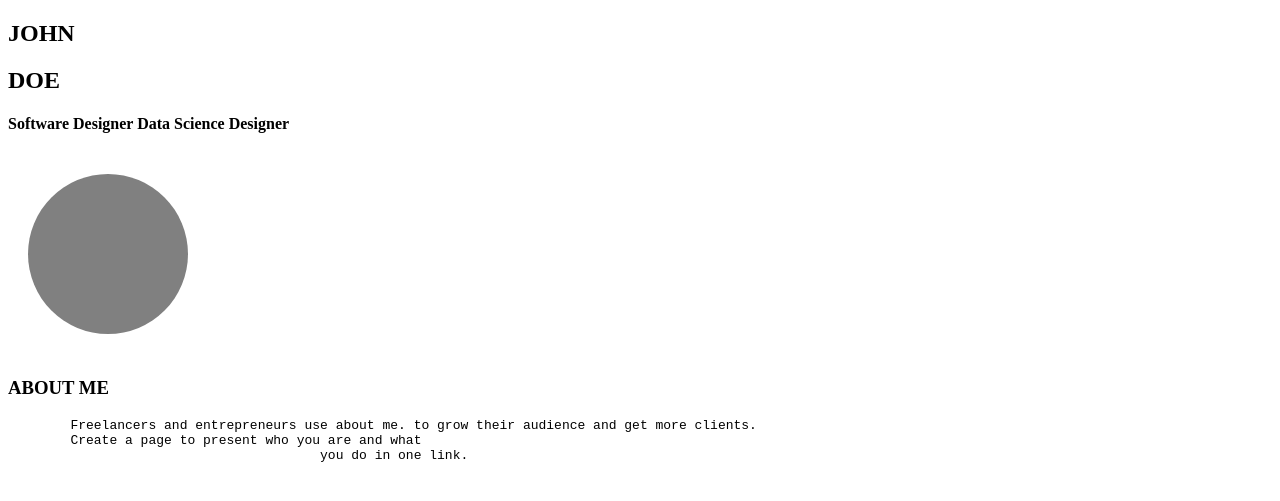
Repository: mrjayajay/week-1-code-challenges
Page: nasir/index.html
The author's editor kept a copy of each file at every save. The page is drawn from the files as they stood at one save, then again after the next save.
The browser window is 1280 px wide. The pictures show the whole page.

Above is the page before, as saved 2024-03-07 19:26:27.

### nasir/index.html
<!DOCTYPE html>
<html lang="en">
<head>
    <meta charset="UTF-8">
    <meta name="viewport" content="width=device-width, initial-scale=1.0">
    <title>Assignment</title>
</head>
<body>
    <h2>JOHN</h2>
    <h2>DOE</h2>
    <h4>Software Designer     Data Science     Designer</h4>
    <svg width="200" height="200">
     <circle cx="100" cy="100" r="80" fill="grey" stroke="black" stroke-width="0"/></svg>
     <h3>ABOUT ME</h3>
     <pre>
        Freelancers and entrepreneurs use about me. to grow their audience and get more clients.
        Create a page to present who you are and what
                                        you do in one link.
     </pre>
</body>
</html>

After the next save:
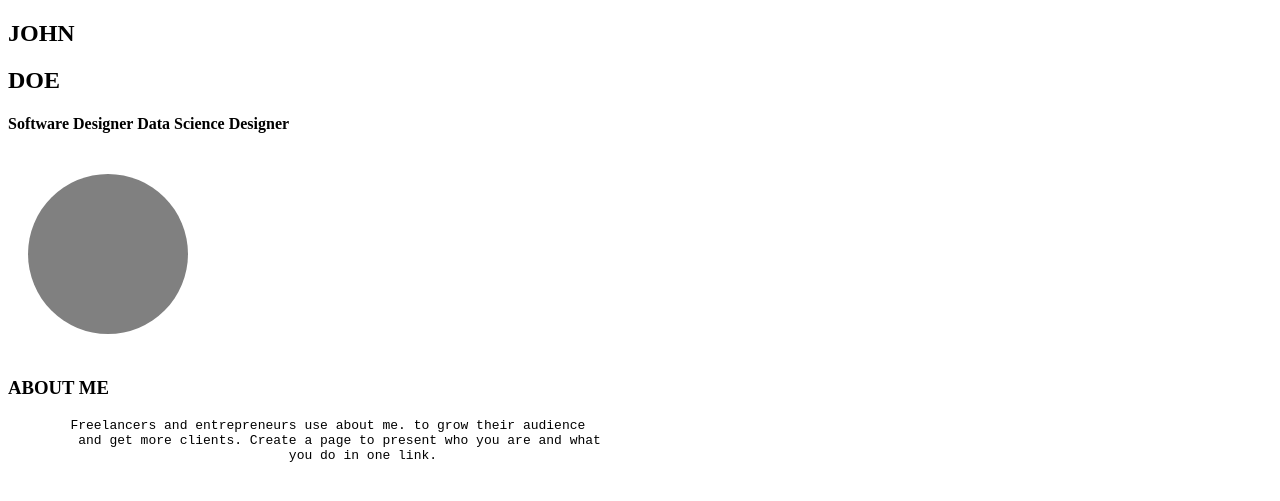
Saved 25 s later.
--- a/nasir/index.html
+++ b/nasir/index.html
@@ -13,9 +13,9 @@
      <circle cx="100" cy="100" r="80" fill="grey" stroke="black" stroke-width="0"/></svg>
      <h3>ABOUT ME</h3>
      <pre>
-        Freelancers and entrepreneurs use about me. to grow their audience and get more clients.
-        Create a page to present who you are and what
-                                        you do in one link.
+        Freelancers and entrepreneurs use about me. to grow their audience
+         and get more clients. Create a page to present who you are and what
+                                    you do in one link.
      </pre>
 </body>
 </html>
